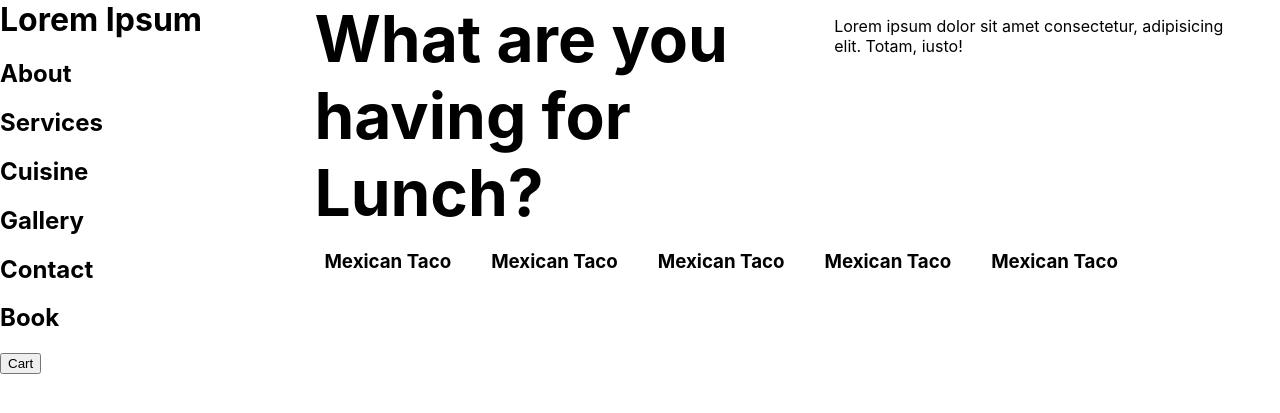
Repository: Marlstergo/assignment2
Page: /
The author's editor kept a copy of each file at every save. The page is drawn from the files as they stood at one save, then again after the next save.
The browser window is 1280 px wide. The pictures show the whole page.
The project was rebuilt for these pictures with package versions that can differ from the ones it lists, and the page was loaded fresh each time.

Above is the page before, as saved 2021-07-27 01:58:32.

After the next save:
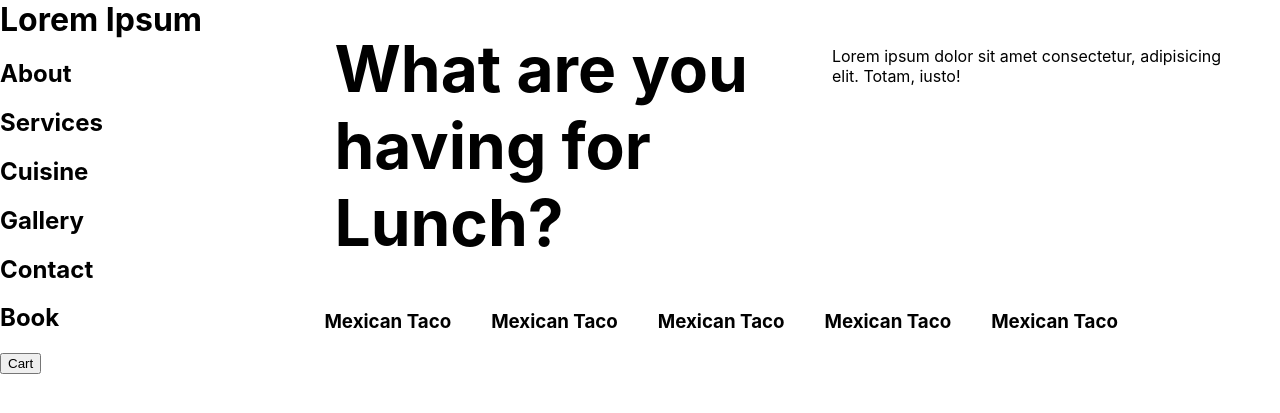
Saved 15 s later.
--- a/src/App.css
+++ b/src/App.css
@@ -59,7 +59,7 @@
 }
 
 .hero{
-  margin: 0 30px;
+  margin: 30px 50px;
   display: grid;
   grid-template-columns: repeat(9, minmax(0, 1fr));
 
